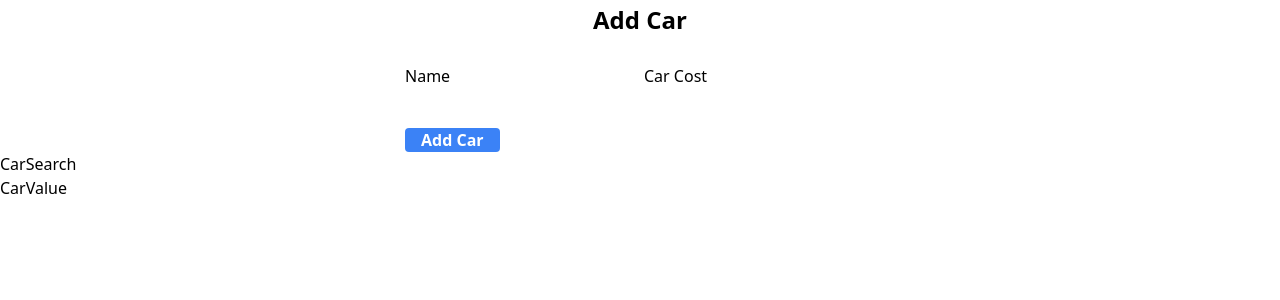
Repository: Marhamat92/carsappreduxtoolkit
Page: /
The author's editor kept a copy of each file at every save. The page is drawn from the files as they stood at one save, then again after the next save.
The browser window is 1280 px wide. The pictures show the whole page.
The project was rebuilt for these pictures with package versions that can differ from the ones it lists, and the page was loaded fresh each time.

Above is the page before, as saved 2023-01-23 22:59:53.

After the next save:
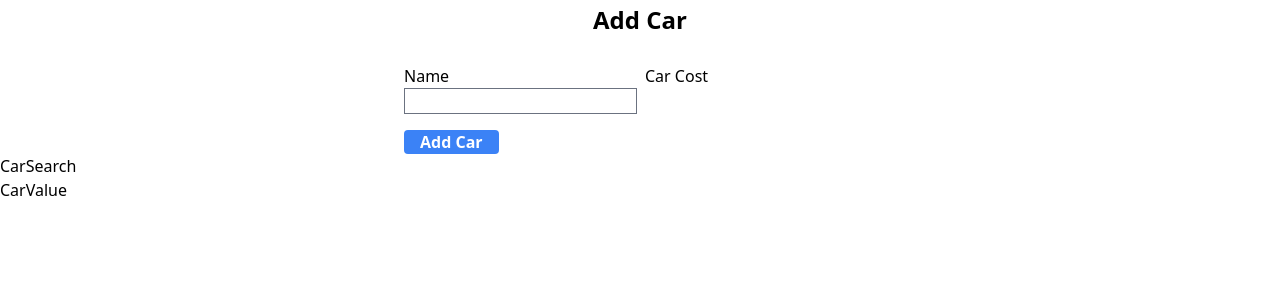
Saved 7 s later.
--- a/src/components/CarForm.js
+++ b/src/components/CarForm.js
@@ -40,7 +40,7 @@ function CarForm() {
           <div className='flex flex-row space-x-2'>
             <div className='flex flex-col'>
               <label htmlFor='make'>Name</label>
-              <input className=' border-gray-500
+              <input className=' border border-gray-500
 
               ' value={name} onChange={handleNameChange} type='text' name='carName' id='carName' />
             </div>
